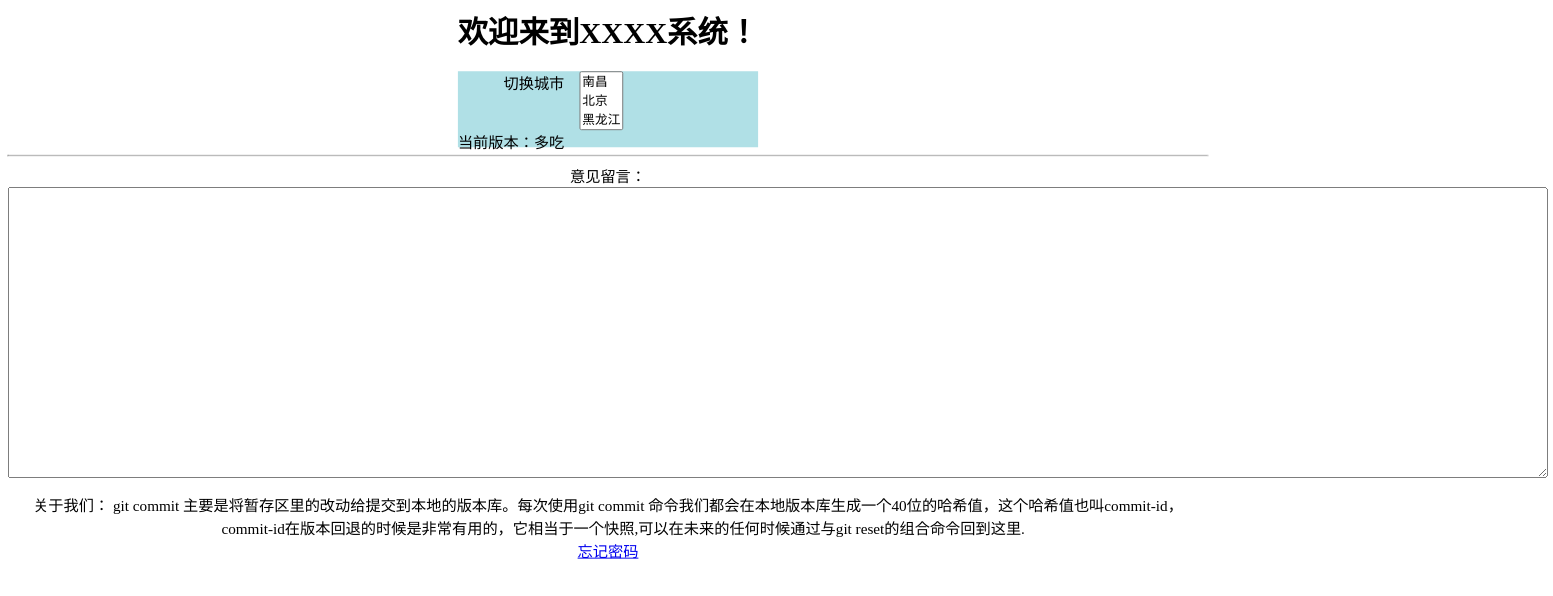
Repository: never-404/Intelligent-recommendation-system
Page: http://localhost/Intelligent-recommendation-system/mine.jsp
These files come from the project's save history. The page is drawn as it stood at one moment and after the next save; the edit follows.
The browser window is 1280 px wide. The page is 1635 px wide, then 1280 px, so the pictures cover 1635 px, including what lies to the right of the window. The pictures show the whole page, at 95% of full size.
The page is served by Tomcat 9. Nobody is signed in. The application's start-up code is not run. Other server files are loaded and not shown.

Above is the page before, as saved 2019-04-12 10:01:47.

### Intelligent-recommendation-system/WebRoot/mine.jsp
<%@ page language="java" contentType= "text/html;charset=gb2312" %>
<html>

	<head>
		<title>登录页面</title>
	    <meta charset="utf-8">

		<style type="text/css">
		.title
		{
			margin:auto;
			width:25%;
			background-color:#b0e0e6;
		}
		.table
		{
			margin:auto;
			width:25%;
			background-color:#b0e0e6;
		}
		lable { float: left; width: 7em; margin-right:1em; text-align: right; }
		h1	  {text-align: center}

        .a{
            text-align:center;
            vertical-align:middle;
        }
        img{max-width: 100%; height:auto;}

</style>
	</head>

	<body>

	<h1>欢迎来到XXXX系统！</h1>
    <div class="table">
    	<lable>切换城市</lable>
    	<select size="3">
    		<option>南昌</option>
    		<option>北京</option>
    		<option>黑龙江</option>
    	</select>
        <br>
        <lable>当前版本：多吃</lable>
        <br>
    </div>
    <HR>
    <div class="a">
	<form>
		意见留言：<br>
		<textarea rows="20" cols="200"></textarea><br>
	</form>
	关于我们： git commit 主要是将暂存区里的改动给提交到本地的版本库。每次使用git commit 命令我们都会在本地版本库生成一个40位的哈希值，这个哈希值也叫commit-id，
　　commit-id在版本回退的时候是非常有用的，它相当于一个快照,可以在未来的任何时候通过与git reset的组合命令回到这里.
        <br>
            <a href="forget_pswd.jsp"> 忘记密码</a>
            <!--忘记密码跳转的网址-->
	</div>

	</body>


</html>

After the next save:
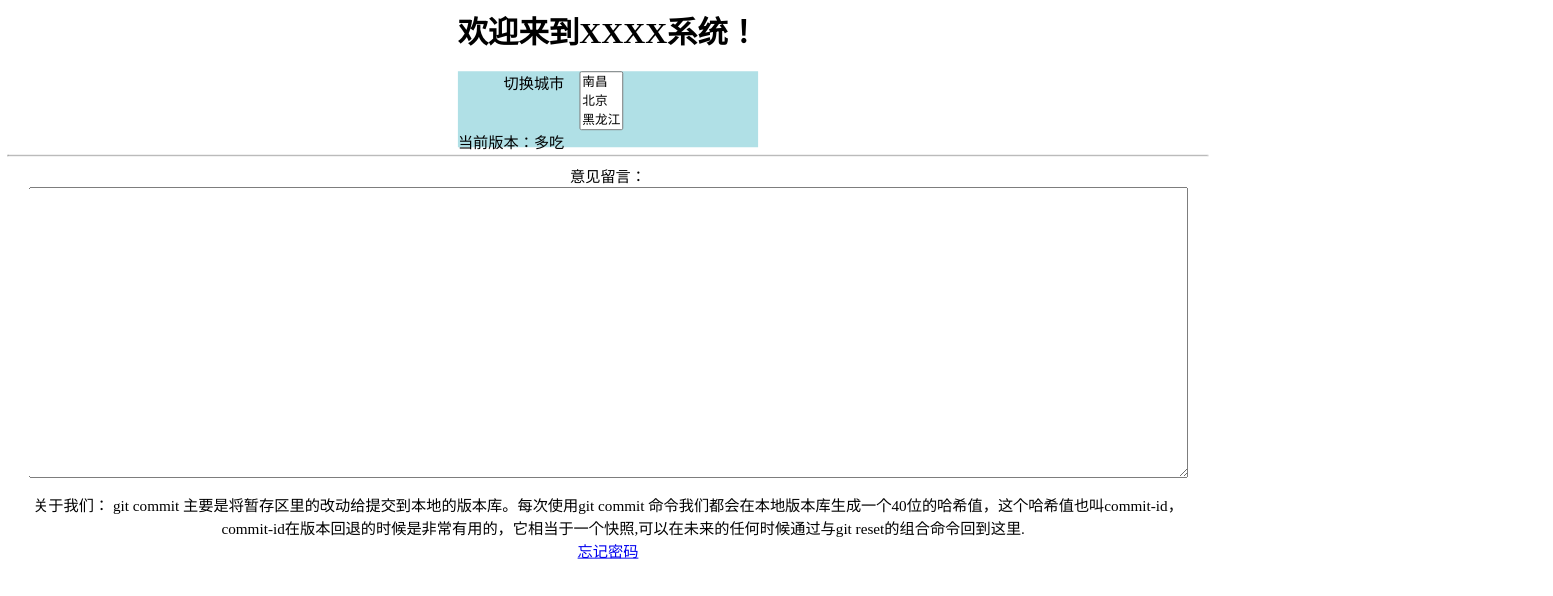
Saved 10 s later.
--- a/Intelligent-recommendation-system/WebRoot/mine.jsp
+++ b/Intelligent-recommendation-system/WebRoot/mine.jsp
@@ -48,7 +48,7 @@
     <div class="a">
 	<form>
 		意见留言：<br>
-		<textarea rows="20" cols="200"></textarea><br>
+		<textarea rows="20" cols="150"></textarea><br>
 	</form>
 	关于我们： git commit 主要是将暂存区里的改动给提交到本地的版本库。每次使用git commit 命令我们都会在本地版本库生成一个40位的哈希值，这个哈希值也叫commit-id，
 　　commit-id在版本回退的时候是非常有用的，它相当于一个快照,可以在未来的任何时候通过与git reset的组合命令回到这里.
